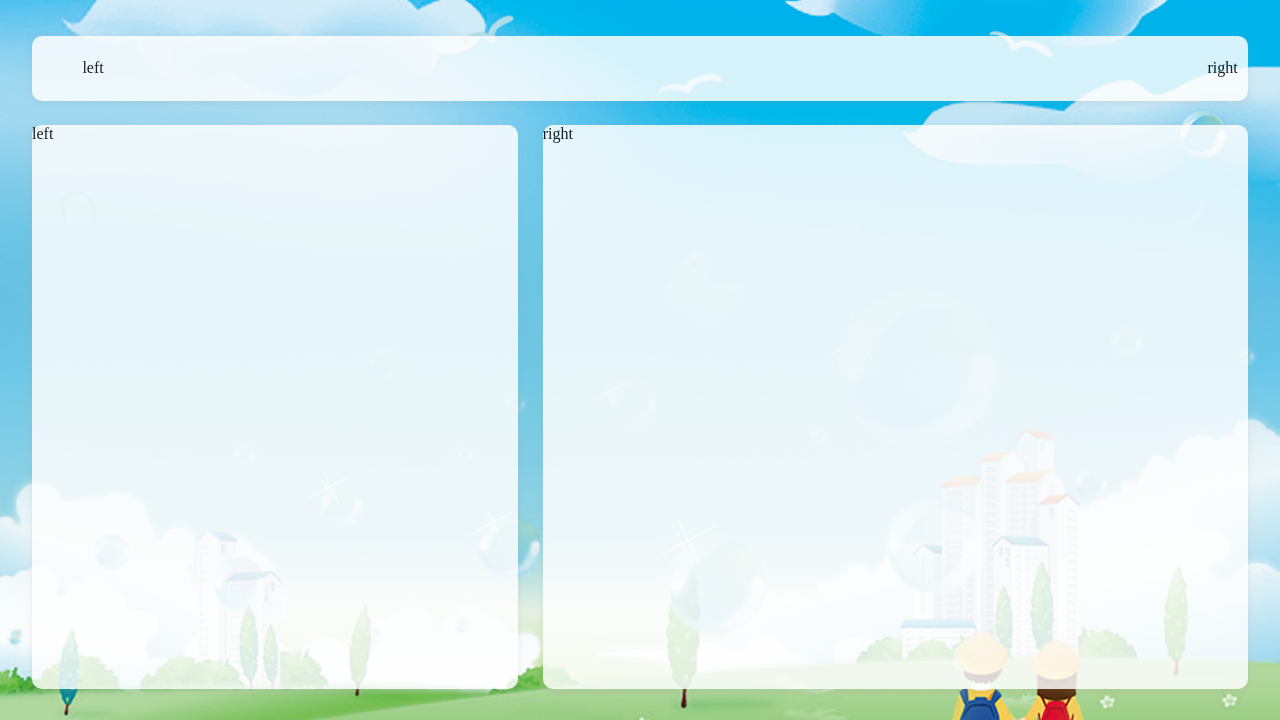
Repository: huangdesheng/classBrand
Page: / (app in classBrand/)
An editor plug-in stored every save of this project. The page is shown before and after the next save, followed by the edit.
The browser window is 1280 px wide. The pictures show the whole page.
The project was rebuilt for these pictures with package versions that can differ from the ones it lists, and the page was loaded fresh each time.

Above is the page before, as saved 2019-08-23 09:56:27.

After the next save:
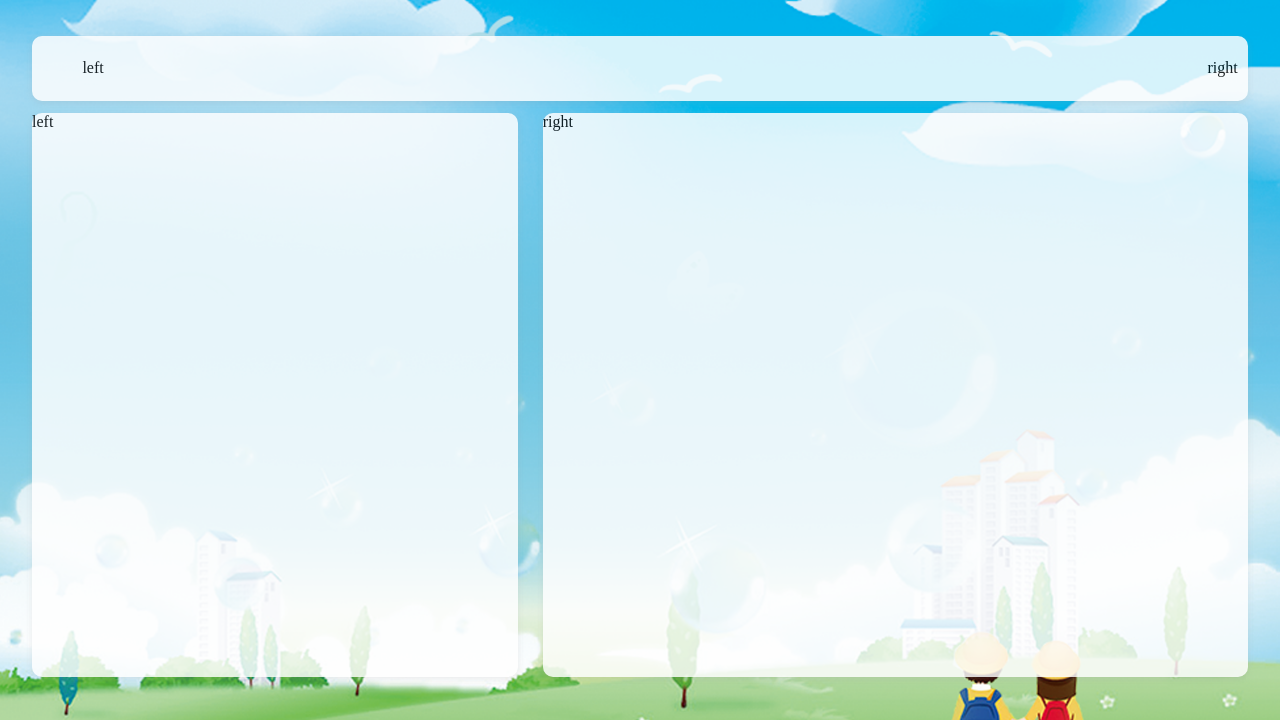
Saved 38 s later.
--- a/classBrand/src/views/index/index.vue
+++ b/classBrand/src/views/index/index.vue
@@ -49,7 +49,7 @@ export default {};
   section {
     .flex;
     width: 100%;
-    margin-top: 2%;
+    margin-top: 1%;
     height: 87%;
     aside {
       .bt;
